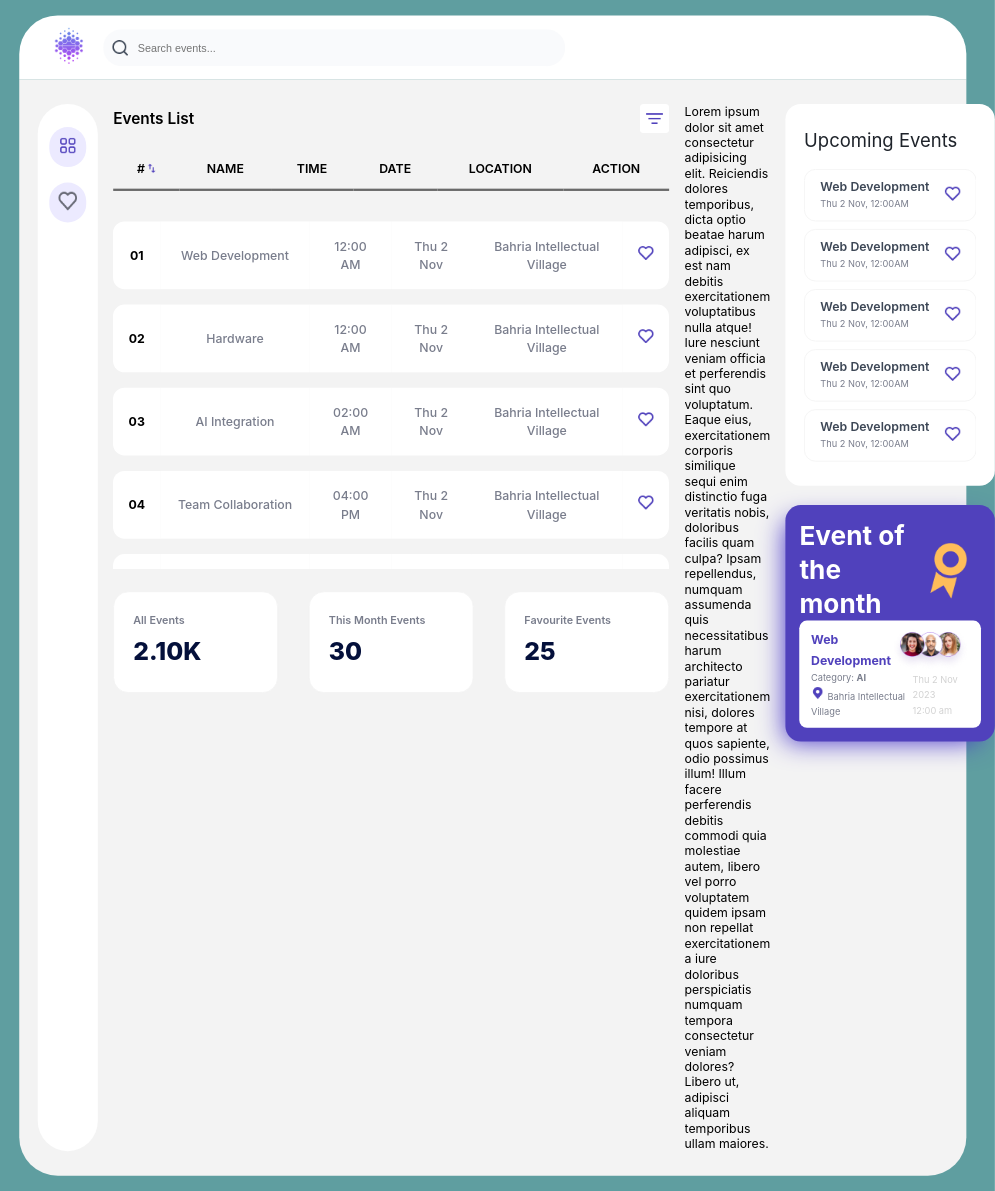
Repository: ahmadunitedsol710/react-dashboard
Page: /, after clicking the first element matching `tr.body_row`
The author's editor kept a copy of each file at every save. The page is drawn from the files as they stood at one save, then again after a run of saves.
The browser window is 1280 px wide. The page is 1292 px wide, then 1280 px, so the pictures cover 1292 px, including what lies to the right of the window. The pictures show the whole page, at 77% of full size.
An inner scrolling area shows only its first screen. The project was rebuilt for these pictures with package versions that can differ from the ones it lists, and the page was loaded fresh each time.

Above is the page before, as saved 2024-08-02 09:18:06.

### src/App.js
// import {BrowserRouter as Router, Routes, Route} from 'react-router-dom';
import Header from './Components/Header/index';
import Events from './Components/Body/Events';
import './App.css';

function App() {
  return (
    <div className="App container">
    {/* <Router>
      <Routes>
          <Route path="/" exact element={<Header/>}/>
      </Routes>
    </Router> */}
    <Header/>
    <Events/>
    </div>
  );
}

export default App;

### src/Components/Header/index.js
import '../../App.css';
import logo from '../../Images/logo.png'

const Index = () => {

    return (
        <>
            <div className="header">
                <div className="logo">
                    <img src={logo} alt="logo" />
                </div>
                <div className="search_box">
                    <input type="search"  name="search" placeholder='Search events...' className='srch'/>
                </div>
            </div>
        </>
    )
}

export default Index;

### src/Components/Body/Events.js
import '../../App.css';
import Sidebar from './Sidebar';
import List from './Eventlist';
import Upcommingevent from './Upcomingevent';
import Monthlyevent from './Monthlyevent'
import { useEffect, useState } from 'react';

const Events = () => {
    const [showfav, setshowfav] = useState(false)
    const tabledata = [
        {id:"01",name:"Web Development",time:'12:00 AM',date:"Thu 2 Nov",location:"Bahria Intellectual Village"},

        {id:"02",name:"Hardware",time:'12:00 AM',date:"Thu 2 Nov",location:"Bahria Intellectual Village"},

        {id:"03",name:"AI Integration",time:'02:00 AM',date:"Thu 2 Nov",location:"Bahria Intellectual Village"},

        {id:"04",name:"Team Collaboration",time:'04:00 PM',date:"Thu 2 Nov",location:"Bahria Intellectual Village"},

        {id:"05",name:"Front End Development",time:'06:00 PM',date:"Thu 2 Nov",location:"Bahria Intellectual Village"},

        {id:"06",name:"Front End Development",time:'06:00 PM',date:"Thu 2 Nov",location:"Bahria Intellectual Village"},

        {id:"07",name:"Front End Development",time:'06:00 PM',date:"Thu 2 Nov",location:"Bahria Intellectual Village"},

        {id:"08",name:"Front End Development",time:'06:00 PM',date:"Thu 2 Nov",location:"Bahria Intellectual Village"}
   ]

   const [storedData, setStoredData] = useState([])
   useEffect(()=>{
    setStoredData(localStorage.getItem("favourite") ? JSON.parse([localStorage.getItem("favourite")]) : [])
   }, [])

   const eventdata = [
    {id:1, name:"Web Development",date_time:'Thu 2 Nov, 12:00AM'},
    {id:2, name:"Web Development",date_time:'Thu 2 Nov, 12:00AM'},
    {id:3, name:"Web Development",date_time:'Thu 2 Nov, 12:00AM'},
    {id:4, name:"Web Development",date_time:'Thu 2 Nov, 12:00AM'},
    {id:5, name:"Web Development",date_time:'Thu 2 Nov, 12:00AM'},
    {id:6, name:"Web Development",date_time:'Thu 2 Nov, 12:00AM'},
    {id:7, name:"Web Development",date_time:'Thu 2 Nov, 12:00AM'},
    {id:8, name:"Web Development",date_time:'Thu 2 Nov, 12:00AM'},
    {id:9, name:"Web Development",date_time:'Thu 2 Nov, 12:00AM'}
]

   const [storedList, setStoredList] = useState([])
   useEffect(()=>{
    setStoredList(localStorage.getItem("list") ? JSON.parse([localStorage.getItem("list")]) : [])
   }, [])



    return (
        <>
            <div className="events">
                <div className='parent_block'>
                    <Sidebar setshowfav={setshowfav}/>
                    <List showfav={showfav} favdata={storedData} tabledata={tabledata} setStoredData={setStoredData}/>

                     <div className='child_block'>
                        <Upcommingevent showfav={showfav} favdata={storedList} eventdata={eventdata} setStoredList={setStoredList}/>
                        {!showfav && <Monthlyevent/> }
                    </div>

                </div>
            </div>
        </>
    )
}

export default Events;

### src/App.css
body {
  background-color: cadetblue;
}

.container {
  max-width: 1440px;
  margin: 20px auto;
  padding: 0 25px;
  box-sizing: border-box;
}

.App-logo {
  height: 40vmin;
  pointer-events: none;
}

@media (prefers-reduced-motion: no-preference) {
  .App-logo {
    animation: App-logo-spin infinite 20s linear;
  }
}

.App-header {
  background-color: #282c34;
  min-height: 100vh;
  display: flex;
  flex-direction: column;
  align-items: center;
  justify-content: center;
  font-size: calc(10px + 2vmin);
  color: white;
}

.App-link {
  color: #61dafb;
}

@keyframes App-logo-spin {
  from {
    transform: rotate(0deg);
  }
  to {
    transform: rotate(360deg);
  }
}

::-webkit-scrollbar {
  width: 5px;
}

/* Track */
::-webkit-scrollbar-track {
  box-shadow: inset 0 0 5px grey;
  border-radius: 10px;
}

/* Handle */
::-webkit-scrollbar-thumb {
  background: #D9D9D9;
  border-radius: 10px;
}

/* Handle on hover */
::-webkit-scrollbar-thumb:hover {
  background: #6e6e6e;
}


/* Header */
.header { display: flex; justify-content: center; align-items: center; gap: 20px; background-color: #ffffff; padding: 15px 40px; border-radius: 50px 50px 0 0; }

.header .search_box { position: relative; width: 100%; }

.header .search_box .srch { background-image: url(./Images/Search.png); background-repeat: no-repeat; background-color: #F9FAFC; background-position: 10px center; border: none; padding: 13px 45px; width: 600px; border-radius: 50px; font-size: 14px; font-weight: 400; color: #3D4756; line-height: 22px; }


/* Events */
.events { background-color: #f3f3f3; padding: 32px 24px; box-sizing: border-box; border-radius: 0 0 50px 50px; }

.events .parent_block { display: flex; gap: 20px; justify-content: space-between; }

.events .parent_block .child_block { max-width: 380px; width: 100%; }

/* Sidebar */
.sidebar { display: flex; flex-direction: column; background-color: #ffffff; max-width: 80px; padding: 30px 15px; box-sizing: border-box; border-radius: 40px; }

.image { background-color: #ECEAFF; margin-bottom: 20px; border-radius: 25px; }

.sidebar_img { width: 24px; height: 24px; padding: 12px; }

/* Event list */
.event_details { /*max-width: 850px; */ width: calc(100% - 460px); }

.event_details .evenlist .main { display: flex; justify-content: space-between; align-items: center; }

.event_details .evenlist .main .heading { font-size: 20px; font-weight: 600; line-height: 30px; margin: 0; }

.event_details .evenlist .main .filter { background-color: #ffffff; padding: 5px; border-radius: 5px; box-sizing: border-box; }

table { border-collapse: separate; border-spacing: 0 20px;  width: 100%}

.tbody_container { overflow-y: auto; max-height: 470px; }

th { text-align: center; font-size: 16px; font-weight: 600; line-height: 22px; padding: 15px 20px; box-sizing: border-box; border-bottom: 3px solid #6a6a6a; }

.index { font-size: 16px; font-weight: bolder; line-height: 24px; }

.body_row td { background-color: #ffffff; padding: 20px; text-align: center; }

.body_row td:first-child { border-radius: 15px 0 0 15px; }

.body_row td:last-child { border-radius: 0 15px 15px 0; }

.body_row .details { font-size: 16px; font-weight: 500; line-height: 24px; color: #797d8c; }

.cards { display: flex; align-items: center; gap: 40px; margin-top: 30px; }

.cards .all_events, .cards .this_month, .cards .fav_events { background-color: #ffffff; border-radius: 20px; border: 1px solid #f3f3f3; width: 260px; padding: 25px 25px 33px; box-sizing: border-box; }

.cards .text { color: #797d8c; font-size: 14px; font-weight: 600; line-height: 22px; margin: 0; }

.cards .title { font-size: 32px; line-height: 40px; font-weight: 800; margin: 10px 0 0; color: #04103b; }



/* Upcoming events */
.upcomingevents { background-color: #ffffff; border-radius: 20px; padding: 32px 24px; box-sizing: border-box; }

.upcomingevents .title { font-size: 24px; line-height: 32px; font-weight: 400; color: #1e232a; margin: 0 0 20px; }

.upcomingevents .events_list { margin: 0; padding: 0; height: 380px; overflow-y: auto; }

.upcomingevents .events_list .event { border: 1px solid #f3f3f3; list-style-type: none; border-radius: 15px; padding: 10px 20px; display: flex; align-items: center; justify-content: space-between; margin-bottom: 10px; }

.upcomingevents .events_list .event:last-child { margin-bottom: 0; }

.upcomingevents .events_list .event .event_title { font-size: 16px; font-weight: 600; line-height: 22px; color: #3d4756; margin: 0; }

.upcomingevents .events_list .event .event_date_time { font-size: 12px; font-weight: 400; line-height: 24px; color: #797D8C; margin: 0; }


/* Monthly event */
.monthly_event { background-color: #5041bc; color: #ffffff; padding: 18px; box-sizing: border-box; border-radius: 20px; margin-top: 25px; box-shadow: -10px 10px 33px -10px #4533C9; }

.monthly_event .upper_part { display: flex; justify-content: space-between; align-items: center; }

.monthly_event .upper_part .heading { max-width: 180px; margin: 0; font-size: 34px; font-weight: 700; line-height: 44px; }

.bottom_part { background-color: #ffffff; color: #5041BC; border-radius: 10px; padding: 10px 15px; }

.bottom_part .first_row, .bottom_part .second_row { display: flex; justify-content: space-between; align-items: center; }

.bottom_part .first_row .course_title { margin: 0; font-size: 16px; font-weight: 700; line-height: 26px; }

.bottom_part .second_row { font-size: 12px; font-weight: 400; line-height: 20px; }

.bottom_part .second_row .cat_loc { color: #797D8C; }

.bottom_part .second_row .date_time { color: #D2D2D2; }




/* Detail Popup */
.detailpopup {
  position: relative;
  display: block;
}

.inner_detail {
  position: absolute;
  background-color: #ffffff;
  transform: translate(-50%);
  left: 50%;
}

### src/Components/Body/Sidebar.js
import '../../App.css';
import grid from '../../Images/grid.png';
import favourite from '../../Images/fav.png'

const sidebar = ({setshowfav}) => {

    return (
        <>
            <div className="sidebar">
                <div className="image">
                    <img src={grid} alt="grid" className='sidebar_img' onClick={()=>setshowfav(false)}/>
                </div>
                <div className="image">
                    <img src={favourite} alt="favourite" className='sidebar_img' onClick={()=>setshowfav(true)}/>
                </div>
            </div>
        </>
    )
}

export default sidebar;

### src/Components/Body/Eventlist.js
import '../../App.css';
import swap from '../../Images/swap.png';
import emptyfav from '../../Images/empty_fav.png'
import fillfav from '../../Images/fill_fav.png'
import filter from '../../Images/filter.png'
import { useEffect, useState } from 'react';
import Detailpopup from './Detailpopup';

const Eventlist = ({showfav, favdata, tabledata, setStoredData}) => {
    const [showModal, setShowModal] = useState(false)


    const add_fav = (data) => {
        const isFav = favdata.some(favitem => favitem.id === data.id)

        if (isFav) {
            // setStoredData(favdata.filter(favitem => favitem.id !== data.id));
            const updatedFavData = favdata.filter(favItem => favItem.id !== data.id);
            setStoredData(updatedFavData);
            localStorage.setItem("favourite", JSON.stringify(updatedFavData))

            console.log("else 1")
        }
        else {
            const updatedFavData = [...favdata, data];
            setStoredData(updatedFavData);
            localStorage.setItem("favourite", JSON.stringify(updatedFavData))
            console.log("else 2")
        }
    };

       const all_events = {text:"All Events", title:"2.10K"}
       const this_month = {text:"This Month Events", title:"30"}
       const fav_events = {text:"Favourite Events", title:"25"}
    return (
        <>
            <div className="event_details">
                <div className="evenlist">
                    <div className="main">
                        <h2 className='heading'>Events List</h2>
                        <img src={filter} alt="filter" className='filter' />
                    </div>
                    <div className="table_data">
                        <table className="table">
                            <thead className='table_head'>
                                <tr>
                                    <th># <img src={swap} alt="swap" /> </th>
                                    <th>NAME</th>
                                    <th>TIME</th>
                                    <th>DATE</th>
                                    <th>LOCATION</th>
                                    <th>ACTION</th>
                                </tr>
                            </thead>
                        </table>
                        <div className="tbody_container">
                            <table>
                                <tbody>
                                    {!showfav ? tabledata.map((data)=>(
                                        <tr className='body_row' key={data.id} onClick={()=>setShowModal(true)}>
                                        <td className='index' data-label="index">{data?.id}</td>
                                        <td className='details' data-label="name">{data?.name}</td>
                                        <td className='details' data-label="time">{data?.time}</td>
                                        <td className='details' data-label="date">{data?.date}</td>
                                        <td className='details' data-label="location">{data?.location}</td>
                                        <td className='details' data-label="location"> <img src={favdata.some(favitem => favitem.id === data.id) ? fillfav : emptyfav} alt="favourite"
                                        onClick={()=>add_fav(data)}/></td>
                                    </tr>)) :
                                    favdata.map((data)=>(
                                        <tr className='body_row' key={data.id} onClick={()=>setShowModal(true)}>
                                        <td className='index' data-label="index">{data?.id}</td>
                                        <td className='details' data-label="name">{data?.name}</td>
                                        <td className='details' data-label="time">{data?.time}</td>
                                        <td className='details' data-label="date">{data?.date}</td>
                                        <td className='details' data-label="location">{data?.location}</td>
                                        <td className='details' data-label="location"> <img src={favdata.some(favitem=>favitem.id === data.id) ? fillfav : emptyfav} alt="favourite"
                                        onClick={()=>add_fav(data)}/></td>
                                    </tr>
                                    ))}
                                </tbody>
                            </table>
                        </div>
                    </div>
                </div>

             {!showfav &&   <div className="cards">
                    <div className="all_events">
                        <p className='text'>{all_events.text}</p>
                        <h2 className='title'>{all_events.title}</h2>
                    </div>
                    <div className="this_month">
                        <p className='text'>{this_month.text}</p>
                        <h2 className='title'>{this_month.title}</h2>
                    </div>
                    <div className="fav_events">
                        <p className='text'>{fav_events.text}</p>
                        <h2 className='title'>{fav_events.title}</h2>
                    </div>
                </div>}
            </div>
            {showModal && <Detailpopup/>}
        </>
    )
}

export default Eventlist;

### src/Components/Body/Upcomingevent.js
import emptyfav from '../../Images/empty_fav.png'
import fillfav from '../../Images/fill_fav.png'

const Upcommingevent = ({showfav, eventdata, setStoredList, favdata}) => {

    const add_fav = (list) => {
        const isFav = favdata.some(favitem => favitem.id === list.id)

        if (isFav) {
            const updatedFavData = favdata.filter(favItem => favItem.id !== list.id);
            setStoredList(updatedFavData);
            localStorage.setItem("list", JSON.stringify(updatedFavData))
            console.log("else 1")
        }
        else {
            const updatedFavData = [...favdata, list];
            setStoredList(updatedFavData);
            localStorage.setItem("list", JSON.stringify(updatedFavData))
            console.log("else 2")
        }
    };

    return (
        <>  {/* add multiple tags when use empty tags */}
            <div className="upcomingevents">
                <h2 className="title">Upcoming Events</h2>

                <ul className="events_list">
                    {!showfav ? eventdata.map((list) => (
                        <li className="event" key={list.id}>
                            <div className="title_date_time">
                                <p className="event_title">{list.name}</p>
                                <p className="event_date_time">{list.date_time}</p>
                            </div>
                            <div>
                                <img src={favdata.some(favitem => favitem.id === list.id) ? fillfav : emptyfav} alt="emptyfav"
                                onClick={()=>add_fav(list)}/>
                            </div>
                        </li>
                    )) :
                    favdata.map((list) => (
                        <li className="event" key={list.id}>
                            <div className="title_date_time">
                                <p className="event_title">{list.name}</p>
                                <p className="event_date_time">{list.date_time}</p>
                            </div>
                            <div>
                                <img src={favdata.some(favitem => favitem.id === list.id) ? fillfav : emptyfav} alt="emptyfav"
                                onClick={()=>add_fav(list)}/>
                            </div>
                        </li>
                    ))}
                </ul>
            </div>
        </>
    )

}

export default Upcommingevent;

### src/Components/Body/Monthlyevent.js
import loc from '../../Images/location.png'
import teacher_img from '../../Images/user.png'
import pin from '../../Images/pin.png'


const MonthlyEvent = () => {
    const course_details = {name:"Web Development", image:teacher_img, category:"AI", location:"Bahria Intellectual Village", date:"Thu 2 Nov 2023", time:"12:00 am" }
    return (
        <>
        <div className="monthly_event">
            <div className="upper_part">
                <h1 className="heading">Event of the month</h1>
                <img src={loc} alt="location" />
            </div>

            <div className="bottom_part">
                <div className="first_row">
                    <h3 className='course_title'>{course_details.name}</h3>
                    <img src={course_details.image} alt="teachers" />
                </div>
                <div className="second_row">
                    <div className="cat_loc">
                        <div>Category: <strong>{course_details.category}</strong></div>
                        <div> <img src={pin} alt="pin" />  {course_details.location}</div>
                    </div>
                    <div className="date_time">
                        <div className="date">{course_details.date}</div>
                        <div className="time">{course_details.time}</div>
                    </div>
                </div>
            </div>
        </div>
        </>
    )
}


export default MonthlyEvent;

### src/Components/Body/Detailpopup.js

import pin from '../../Images/pin.png'

const Detailpopup = () => {
    return (
        <>
        <div className="detailpopup">
            Lorem ipsum dolor sit amet consectetur adipisicing elit. Reiciendis dolores temporibus, dicta optio beatae harum adipisci, ex est nam debitis exercitationem voluptatibus nulla atque! Iure nesciunt veniam officia et perferendis sint quo voluptatum. Eaque eius, exercitationem corporis similique sequi enim distinctio fuga veritatis nobis, doloribus facilis quam culpa? Ipsam repellendus, numquam assumenda quis necessitatibus harum architecto pariatur exercitationem nisi, dolores tempore at quos sapiente, odio possimus illum! Illum facere perferendis debitis commodi quia molestiae autem, libero vel porro voluptatem quidem ipsam non repellat exercitationem a iure doloribus perspiciatis numquam tempora consectetur veniam dolores? Libero ut, adipisci aliquam temporibus ullam maiores.
        </div>
        </>
    )
}

export default Detailpopup;

Loaded but not shown: public/index.html (common file); src/index.js (common file); src/index.css (common file); src/reportWebVitals.js (common file)

After the next 4 saves:
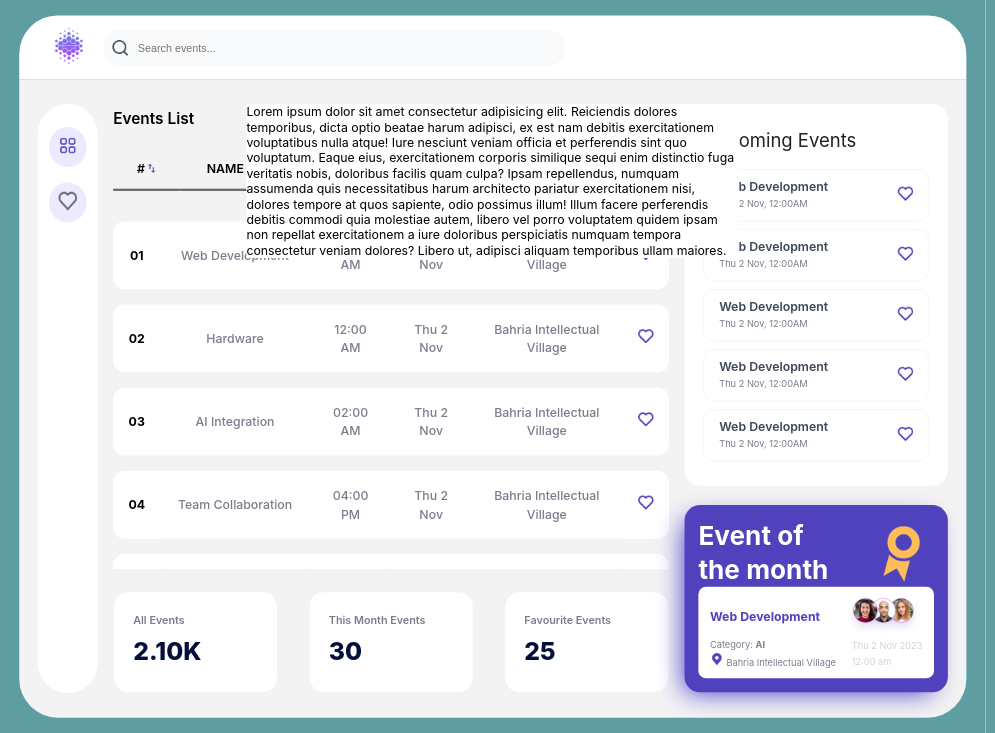
The 4 saves are shown as one change because they came seconds apart.
The last was saved 15 s later.
--- a/src/App.css
+++ b/src/App.css
@@ -163,11 +163,6 @@ th { text-align: center; font-size: 16px; font-weight: 600; line-height: 22px; p
 
 /* Detail Popup */
 .detailpopup {
-  position: relative;
-  display: block;
-}
-
-.inner_detail {
   position: absolute;
   background-color: #ffffff;
   transform: translate(-50%);
